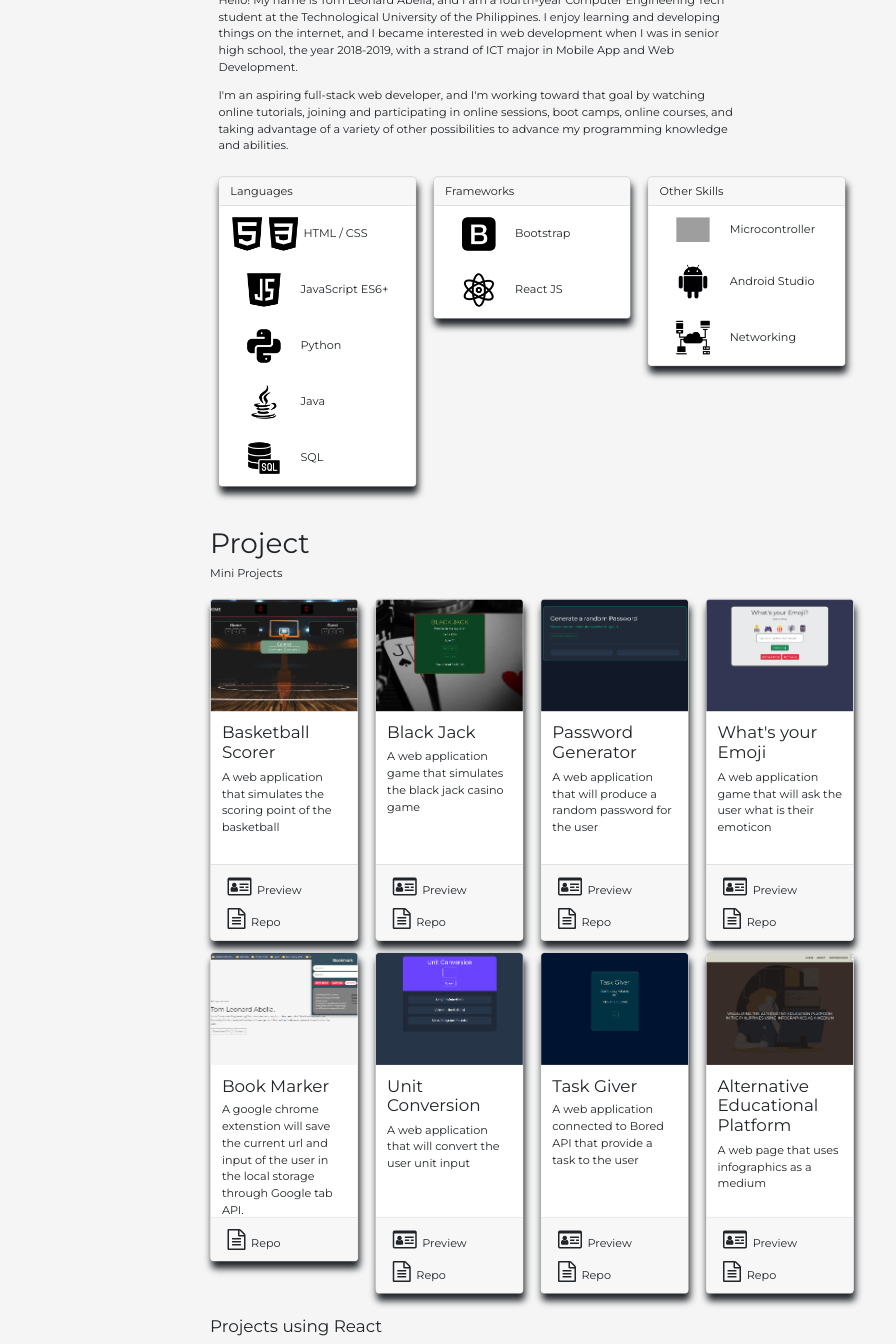
Repository: tom-abella/Portfolio
Page: index.html
An editor plug-in stored every save of this project. The page is shown before and after the next save, followed by the edit.
The browser window is 1280 px wide. The pictures show the part of the page from y = 796 to 2716 px (the page is 3347 px tall), at 70% of full size.
Pictures or frames that could not be fetched are drawn as grey boxes.

Above is the page before, as saved 2022-11-25 11:24:14.
Console error: ReferenceError: emailjs is not defined

After the next save:
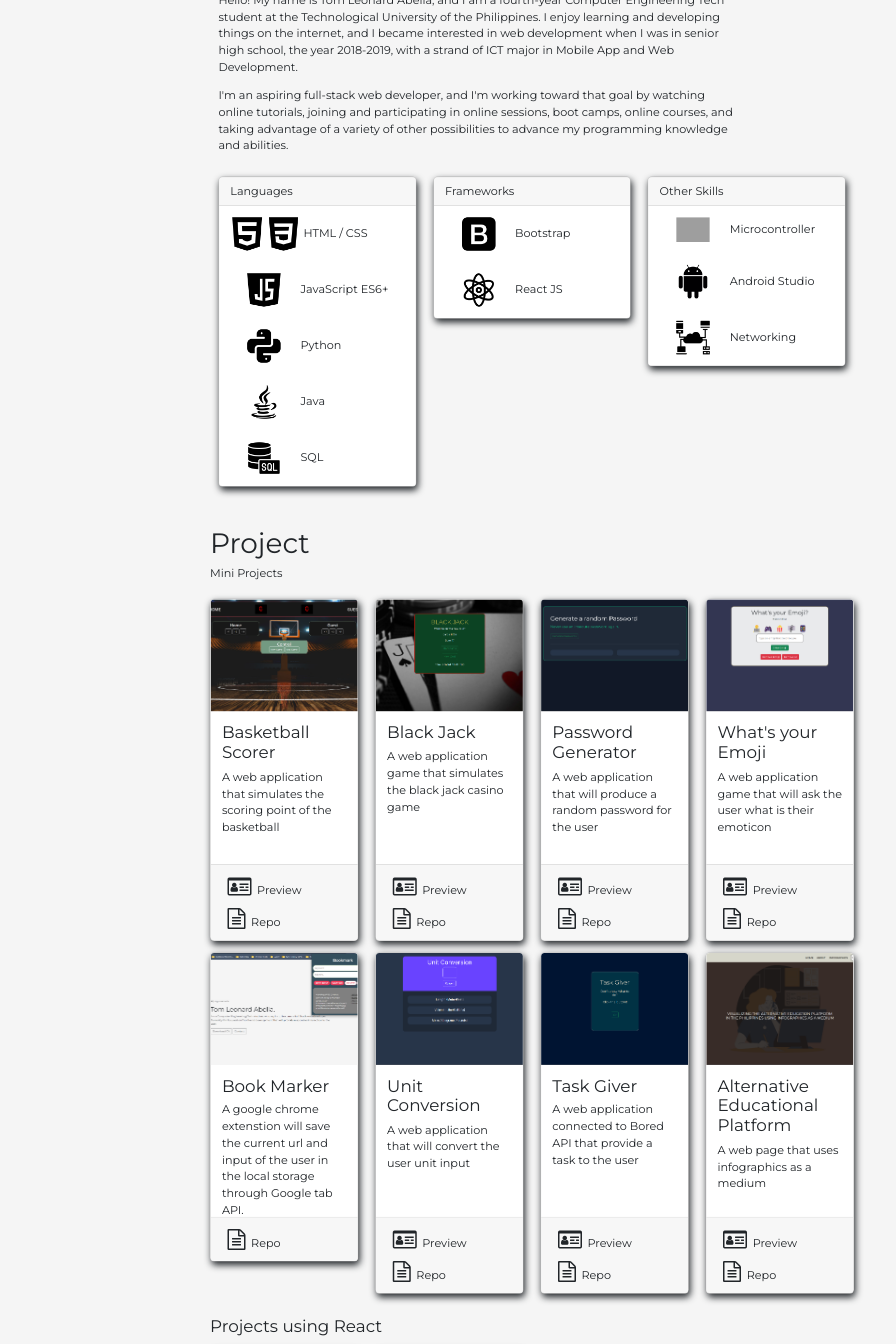
Saved 13 s later.
--- a/style.css
+++ b/style.css
@@ -17,7 +17,7 @@ img{
 
 }
 .card{
-    box-shadow: 2px 10px 10px #212529;
+    box-shadow: 2px 5px 10px #212529;
 }
 .navbar .nav-link.active{
     color:grey;
